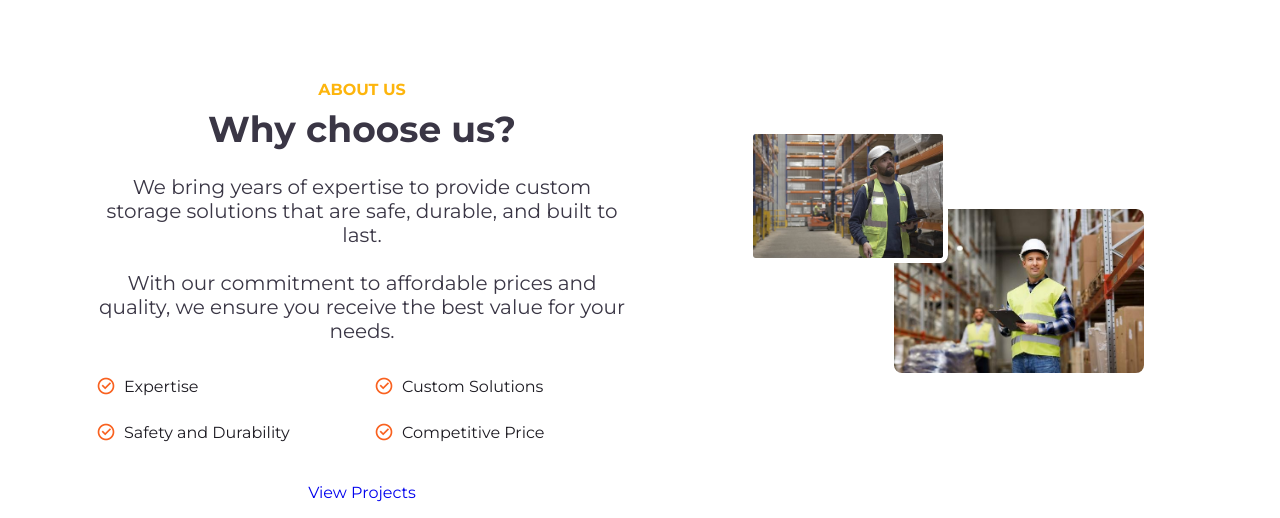
Repository: jahatesu/shelves-and-storage-equipment
Page: index.html
These files come from the project's save history. The page is drawn as it stood at one moment and after a run of saves; the edit follows.
The browser window is 1280 px wide. The pictures show the part of the page from y = 720 to 1238 px (the page is 1238 px tall).
Backgrounds fixed to the window are drawn as part of the page. Some web fonts or font styles are not loaded; a fallback is used.

Above is the page before, as saved 2025-01-08 15:42:37.
Console error: TypeError: Cannot read properties of null (reading 'querySelector')

After the next 4 saves:
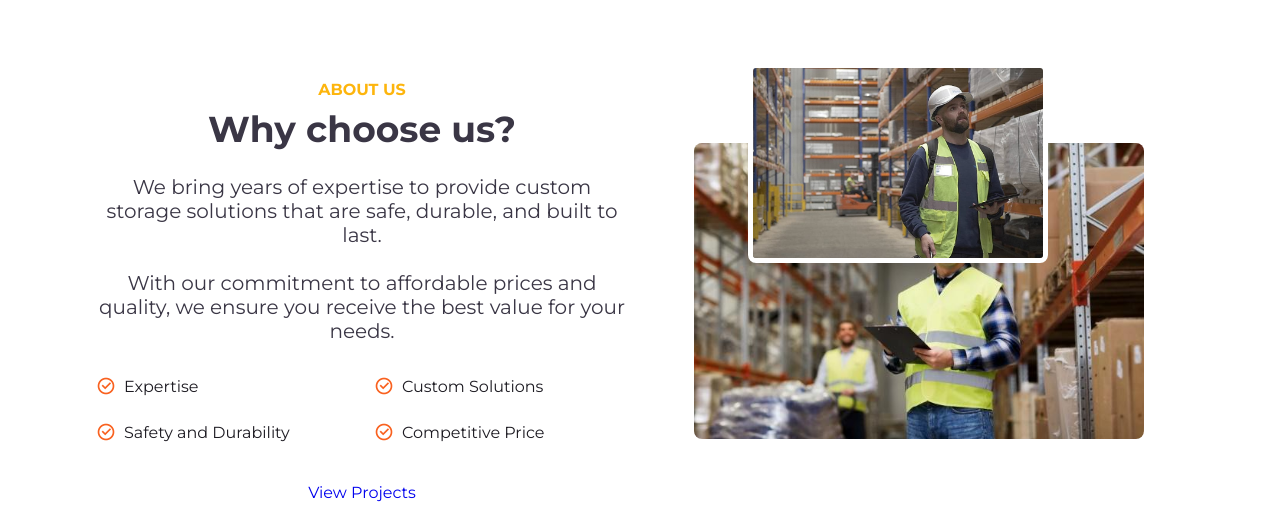
The 4 saves are shown as one change because they came seconds apart.
The last was saved 93 s later.
--- a/style.css
+++ b/style.css
@@ -399,7 +399,7 @@ header {
 }
 
 .about_img1 {
-    width: 200px;
+    width: 300px;
     border: 5px solid var(--body-color);
     position: absolute;
     top: -5rem;
@@ -407,7 +407,7 @@ header {
 }
 
 .about_img2 {
-    width: 250px;
+    width: 450px;
     margin-right: 2.5rem;
 }
 
